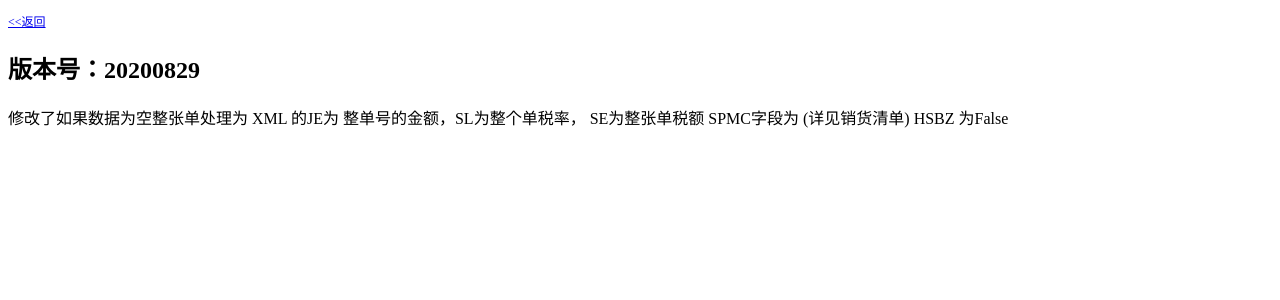
Repository: SFGuile/learnSpringapp
Page: http://localhost/demo/releasenote.jsp
The author's editor kept a copy of each file at every save. The page is drawn from the files as they stood at one save, then again after the next save.
The browser window is 1280 px wide. The pictures show the whole page.
The page is served by Tomcat 9.

Above is the page before, as saved 2020-09-03 02:19:05.

After the next save:
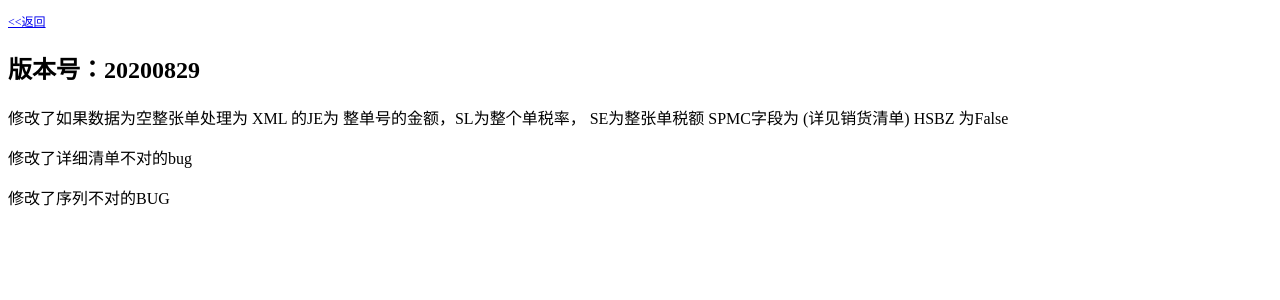
Saved 105 s later.
--- a/demo/src/main/webapp/releasenote.jsp
+++ b/demo/src/main/webapp/releasenote.jsp
@@ -11,6 +11,9 @@
   <DIV>
 <h2>版本号：20200829</h2>
 <p>修改了如果数据为空整张单处理为 XML 的JE为 整单号的金额，SL为整个单税率，	SE为整张单税额  SPMC字段为 (详见销货清单) HSBZ 为False</p>
+<p>修改了详细清单不对的bug</p>
+<p>修改了序列不对的BUG</p>
+
 </DIV>
 </body>
 </html>
